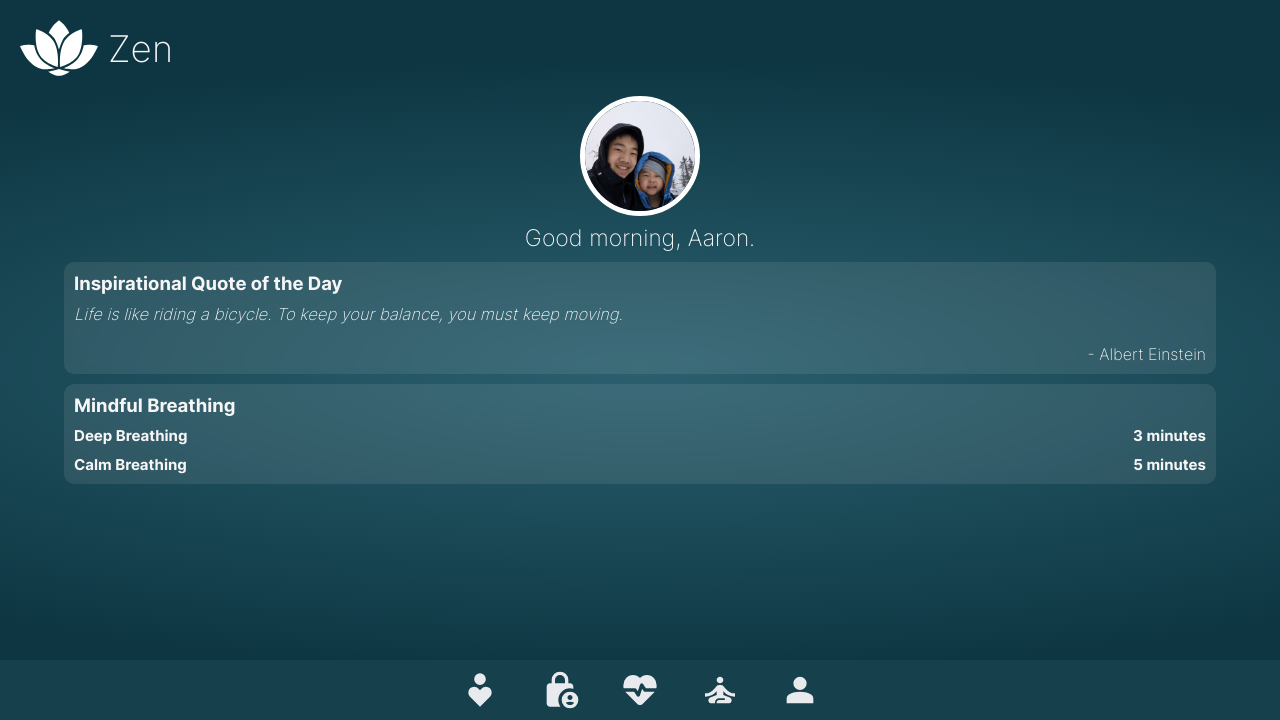
Repository: aaronw-dev/Zen
Page: mindful_dashboard.html
These files come from the project's save history. The page is drawn as it stood at one moment and after the next save; the edit follows.
The browser window is 1280 px wide. The pictures show the whole page.

Above is the page before, as saved 2024-06-08 14:52:52.

After the next save:
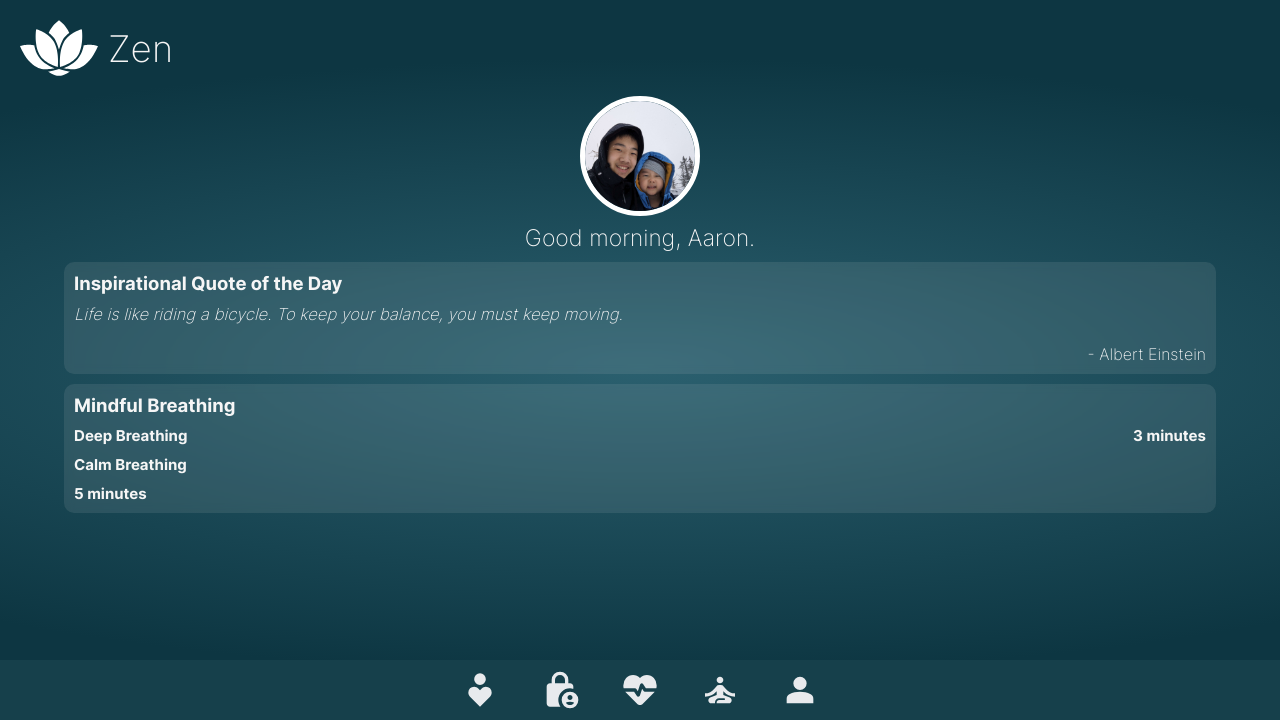
Saved 5 s later.
--- a/mindful_dashboard.html
+++ b/mindful_dashboard.html
@@ -32,7 +32,7 @@
                 <h2 class="mindful-title">Deep Breathing</h2>
                 <h2 class="mindful-time">3 minutes</h2>
             </div>
-            <div class="mindful-actions">
+            <div class="mindful-audio">
                 <h2 class="mindful-title">Calm Breathing</h2>
                 <h2 class="mindful-time">5 minutes</h2>
             </div>
